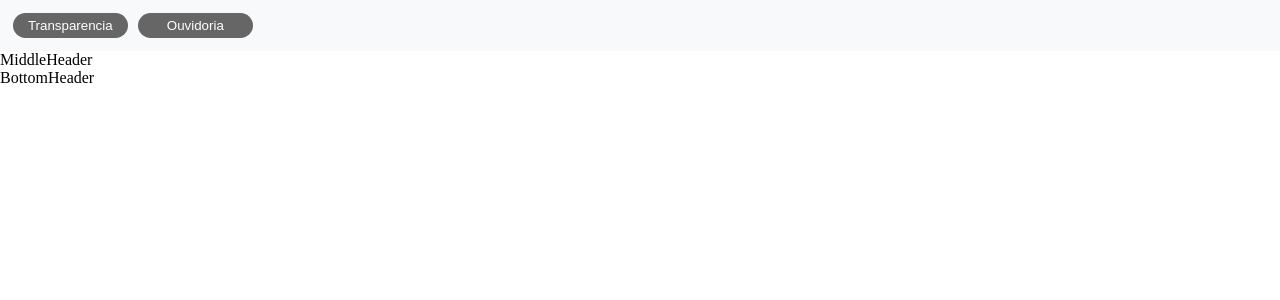
Repository: YuriSarmanho/prodepaSite
Page: / (app in prodepa-site/)
An editor plug-in stored every save of this project. The page is shown before and after a run of saves, followed by the edit.
The browser window is 1280 px wide. The pictures show the whole page.
The project was rebuilt for these pictures with package versions that can differ from the ones it lists, and the page was loaded fresh each time. Also part of the build but not shown: prodepa-site/src/App.css.

Above is the page before, as saved 2022-12-19 14:37:20.

After the next 3 saves:
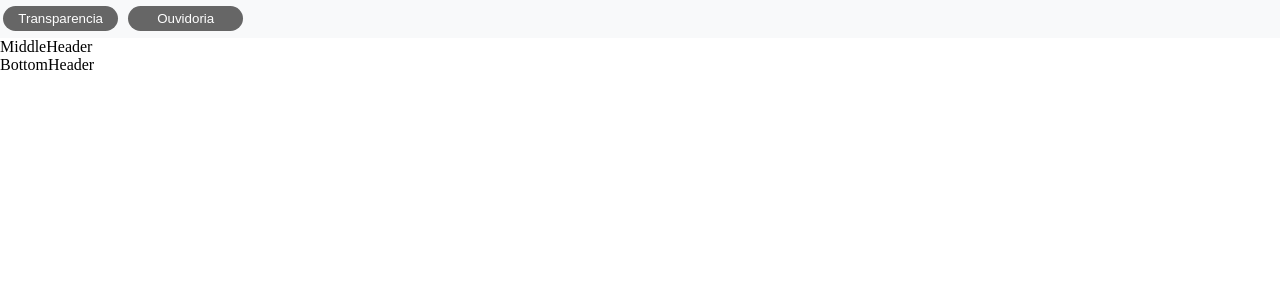
The 3 saves are shown as one change because they came seconds apart.
The last was saved 10 s later.
--- a/prodepa-site/src/sections/Header/TopHeader/index.css
+++ b/prodepa-site/src/sections/Header/TopHeader/index.css
@@ -1,4 +1,4 @@
 .topHeaderContainer {
     background-color: #F8F9FA ;
-    padding: .8rem;
+    padding: .4rem .2rem;
 }
